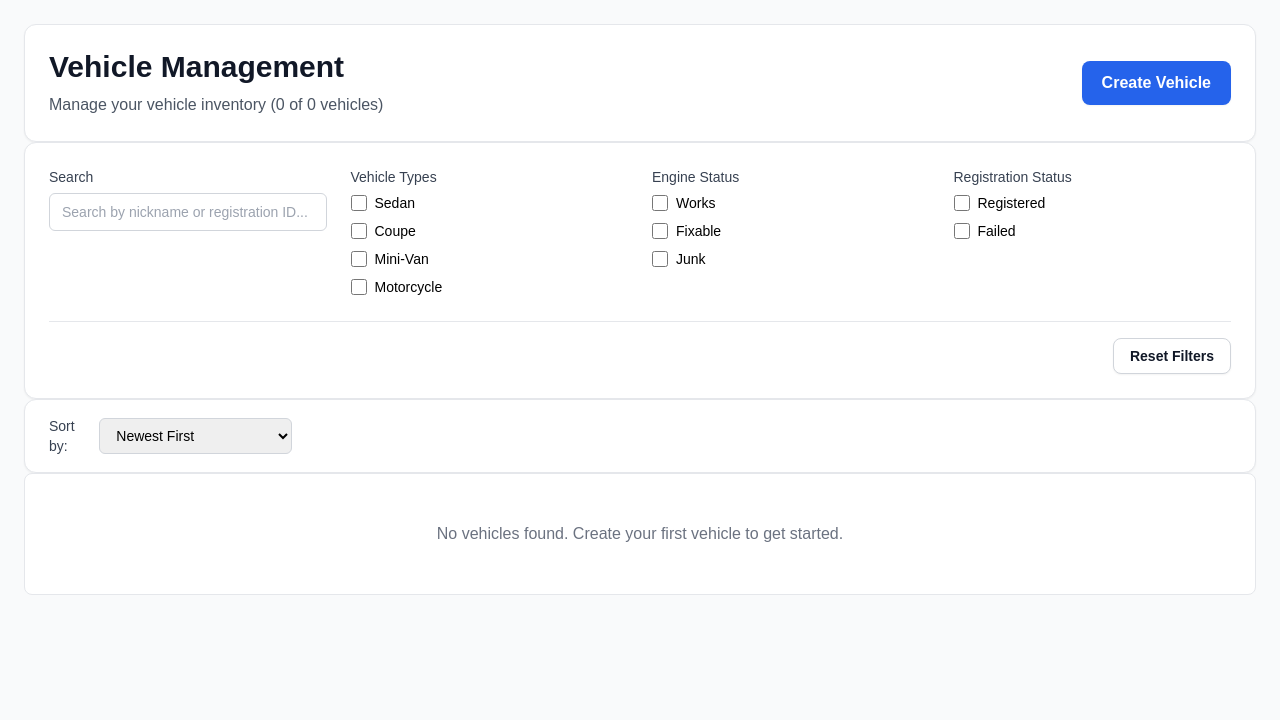
Repository: atomek88/vehicle-store
Page: /vehicles
These files come from the project's save history. The page is drawn as it stood at one moment and after a run of saves; the edit follows.
The browser window is 1280 px wide. The pictures show the whole page.
The project was rebuilt for these pictures with package versions that can differ from the ones it lists, and the page was loaded fresh each time. The framework's server and built-in components were replaced by stand-ins that run in the browser. Also part of the build but not shown: next.config.ts, src/components/ui/Badge.tsx, src/components/vehicle/SedanFields.tsx, src/components/vehicle/CoupeFields.tsx, src/components/vehicle/MiniVanFields.tsx, src/components/vehicle/MotorcycleFields.tsx, src/components/vehicle/VehicleForm.tsx, src/components/ui/ConfirmDialog.tsx.

Above is the page before, as saved 2026-01-21 00:35:38.

### app/layout.tsx
import type { Metadata } from "next";
import { Geist, Geist_Mono } from "next/font/google";
import "./globals.css";
import { ToastProvider } from "@/hooks/use-toast";
import { VehicleProvider } from "@/hooks/use-vehicles";
import { ToastContainer } from "@/components/ui/Toast";

const geistSans = Geist({
  variable: "--font-geist-sans",
  subsets: ["latin"],
});

const geistMono = Geist_Mono({
  variable: "--font-geist-mono",
  subsets: ["latin"],
});

export const metadata: Metadata = {
  title: "Vehicle Management System",
  description: "Manage your vehicle inventory",
};

export default function RootLayout({
  children,
}: Readonly<{
  children: React.ReactNode;
}>) {
  return (
    <html lang="en">
      <body
        className={`${geistSans.variable} ${geistMono.variable} antialiased`}
        suppressHydrationWarning
      >
        <VehicleProvider>
          <ToastProvider>
            {children}
            <ToastContainer />
          </ToastProvider>
        </VehicleProvider>
      </body>
    </html>
  );
}

### app/globals.css
@tailwind base;
@tailwind components;
@tailwind utilities;

@layer base {
  :root {
    --background: 0 0% 100%;
    --foreground: 222.2 84% 4.9%;
  }

  body {
    background: #f9fafb;
    color: var(--foreground);
    font-family: Arial, Helvetica, sans-serif;
    min-height: 100vh;
  }

  /* Enhanced focus indicators for accessibility */
  *:focus-visible {
    outline: 3px solid #3b82f6;
    outline-offset: 2px;
    border-radius: 4px;
  }

  /* Ensure buttons and links have visible focus */
  button:focus-visible,
  a:focus-visible,
  input:focus-visible,
  select:focus-visible,
  textarea:focus-visible {
    outline: 3px solid #3b82f6;
    outline-offset: 2px;
  }
}

@layer components {
  /* Enhanced card styling */
  .card {
    @apply rounded-xl border border-gray-200 bg-white shadow-sm transition-shadow hover:shadow-md;
  }

  /* Enhanced button styling */
  .btn-primary {
    @apply rounded-lg px-6 py-3 font-semibold shadow-sm transition-all hover:shadow-md;
  }

  /* Better spacing utilities */
  .section-spacing {
    @apply space-y-6;
  }
}

### src/hooks/use-toast.tsx
'use client';

import { createContext, useContext, useState, useCallback } from 'react';

// ═══════════════════════════════════════════════════════════════════════════
// TYPES
// ═══════════════════════════════════════════════════════════════════════════

export type ToastType = 'success' | 'error' | 'info' | 'warning';

export interface Toast {
  id: string;
  type: ToastType;
  message: string;
  duration?: number;
}

interface ToastContextValue {
  toasts: Toast[];
  showToast: (type: ToastType, message: string, duration?: number) => void;
  dismissToast: (id: string) => void;
}

// ═══════════════════════════════════════════════════════════════════════════
// CONTEXT
// ═══════════════════════════════════════════════════════════════════════════

const ToastContext = createContext<ToastContextValue | null>(null);

// ═══════════════════════════════════════════════════════════════════════════
// PROVIDER
// ═══════════════════════════════════════════════════════════════════════════

export function ToastProvider({ children }: { children: React.ReactNode }) {
  const [toasts, setToasts] = useState<Toast[]>([]);

  const showToast = useCallback((type: ToastType, message: string, duration = 5000) => {
    const id = Math.random().toString(36).substring(2, 11);
    const toast: Toast = { id, type, message, duration };

    setToasts((prev) => [...prev, toast]);

    // Auto-dismiss after duration
    if (duration > 0) {
      setTimeout(() => {
        dismissToast(id);
      }, duration);
    }
  }, []);

  const dismissToast = useCallback((id: string) => {
    setToasts((prev) => prev.filter((toast) => toast.id !== id));
  }, []);

  const value: ToastContextValue = {
    toasts,
    showToast,
    dismissToast,
  };

  return <ToastContext.Provider value={value}>{children}</ToastContext.Provider>;
}

// ═══════════════════════════════════════════════════════════════════════════
// HOOK
// ═══════════════════════════════════════════════════════════════════════════

export function useToast() {
  const context = useContext(ToastContext);

  if (!context) {
    throw new Error('useToast must be used within a ToastProvider');
  }

  return context;
}

### src/components/ui/Toast.tsx
'use client';

import { useEffect } from 'react';
import { clsx } from 'clsx';
import { useToast, Toast as ToastType } from '@/hooks/use-toast';

export function ToastContainer() {
  const { toasts } = useToast();

  return (
    <div className="pointer-events-none fixed bottom-0 right-0 z-50 flex max-h-screen w-full flex-col-reverse gap-2 p-4 sm:max-w-md">
      {toasts.map((toast) => (
        <ToastItem key={toast.id} toast={toast} />
      ))}
    </div>
  );
}

function ToastItem({ toast }: { toast: ToastType }) {
  const { dismissToast } = useToast();

  useEffect(() => {
    if (toast.duration && toast.duration > 0) {
      const timer = setTimeout(() => {
        dismissToast(toast.id);
      }, toast.duration);

      return () => clearTimeout(timer);
    }
    return undefined;
  }, [toast.id, toast.duration, dismissToast]);

  return (
    <div
      role="alert"
      aria-live="assertive"
      aria-atomic="true"
      className={clsx(
        'pointer-events-auto relative flex w-full items-center justify-between gap-3 overflow-hidden rounded-lg border p-4 shadow-lg transition-all',
        {
          'border-green-200 bg-green-50': toast.type === 'success',
          'border-red-200 bg-red-50': toast.type === 'error',
          'border-yellow-200 bg-yellow-50': toast.type === 'warning',
          'border-blue-200 bg-blue-50': toast.type === 'info',
        }
      )}
    >
      <div className="flex-1">
        <p
          className={clsx('text-sm font-medium', {
            'text-green-900': toast.type === 'success',
            'text-red-900': toast.type === 'error',
            'text-yellow-900': toast.type === 'warning',
            'text-blue-900': toast.type === 'info',
          })}
        >
          {toast.message}
        </p>
      </div>
      <button
        onClick={() => dismissToast(toast.id)}
        className={clsx(
          'rounded-md p-1 transition-colors hover:bg-black/5',
          {
            'text-green-700': toast.type === 'success',
            'text-red-700': toast.type === 'error',
            'text-yellow-700': toast.type === 'warning',
            'text-blue-700': toast.type === 'info',
          }
        )}
        aria-label="Dismiss"
      >
        <svg
          xmlns="http://www.w3.org/2000/svg"
          width="16"
          height="16"
          viewBox="0 0 24 24"
          fill="none"
          stroke="currentColor"
          strokeWidth="2"
          strokeLinecap="round"
          strokeLinejoin="round"
        >
          <line x1="18" y1="6" x2="6" y2="18" />
          <line x1="6" y1="6" x2="18" y2="18" />
        </svg>
      </button>
    </div>
  );
}

### src/components/ui/Button.tsx
import { ButtonHTMLAttributes, forwardRef } from 'react';
import { clsx } from 'clsx';

export interface ButtonProps extends ButtonHTMLAttributes<HTMLButtonElement> {
  variant?: 'primary' | 'secondary' | 'danger' | 'ghost';
  size?: 'sm' | 'md' | 'lg';
}

export const Button = forwardRef<HTMLButtonElement, ButtonProps>(
  ({ className, variant = 'primary', size = 'md', disabled, ...props }, ref) => {
    return (
      <button
        ref={ref}
        disabled={disabled}
        className={clsx(
          'inline-flex items-center justify-center rounded-lg font-semibold transition-all focus-visible:outline-none focus-visible:ring-2 focus-visible:ring-offset-2 disabled:pointer-events-none disabled:opacity-50',
          {
            'bg-blue-600 text-white shadow-sm hover:bg-blue-700 hover:shadow-md focus-visible:ring-blue-600':
              variant === 'primary',
            'border border-gray-300 bg-white text-gray-900 shadow-sm hover:bg-gray-50 hover:shadow-md focus-visible:ring-gray-500':
              variant === 'secondary',
            'bg-red-600 text-white shadow-sm hover:bg-red-700 hover:shadow-md focus-visible:ring-red-600':
              variant === 'danger',
            'bg-transparent text-gray-700 hover:bg-gray-100 focus-visible:ring-gray-500':
              variant === 'ghost',
          },
          {
            'h-11 px-5 py-2.5 text-base': size === 'md',
            'h-9 px-4 py-2 text-sm': size === 'sm',
            'h-12 px-8 py-3 text-lg': size === 'lg',
          },
          className
        )}
        {...props}
      />
    );
  }
);

Button.displayName = 'Button';

### src/components/ui/Select.tsx
import { SelectHTMLAttributes, forwardRef } from 'react';
import { clsx } from 'clsx';

export interface SelectOption {
  value: string;
  label: string;
}

export interface SelectProps extends SelectHTMLAttributes<HTMLSelectElement> {
  label?: string;
  error?: string | undefined;
  helperText?: string;
  options: SelectOption[];
  placeholder?: string;
}

export const Select = forwardRef<HTMLSelectElement, SelectProps>(
  ({ className, label, error, helperText, id, options, placeholder, ...props }, ref) => {
    const selectId = id || label?.toLowerCase().replace(/\s+/g, '-');

    return (
      <div className="w-full">
        {label && (
          <label
            htmlFor={selectId}
            className="mb-1.5 block text-sm font-medium text-gray-700"
          >
            {label}
          </label>
        )}
        <select
          ref={ref}
          id={selectId}
          className={clsx(
            'w-full rounded-md border px-3 py-2 text-sm transition-colors',
            'focus:outline-none focus:ring-2 focus:ring-offset-1',
            'disabled:cursor-not-allowed disabled:opacity-50',
            error
              ? 'border-red-500 focus:border-red-500 focus:ring-red-500'
              : 'border-gray-300 focus:border-blue-500 focus:ring-blue-500',
            className
          )}
          aria-invalid={error ? 'true' : 'false'}
          aria-describedby={error ? `${selectId}-error` : helperText ? `${selectId}-helper` : undefined}
          {...props}
        >
          {placeholder && (
            <option value="" disabled>
              {placeholder}
            </option>
          )}
          {options.map((option) => (
            <option key={option.value} value={option.value}>
              {option.label}
            </option>
          ))}
        </select>
        {error && (
          <p id={`${selectId}-error`} className="mt-1.5 text-sm text-red-600">
            {error}
          </p>
        )}
        {helperText && !error && (
          <p id={`${selectId}-helper`} className="mt-1.5 text-sm text-gray-500">
            {helperText}
          </p>
        )}
      </div>
    );
  }
);

Select.displayName = 'Select';

### src/lib/storage.ts
import { Vehicle } from '@/types';
import { StorageSchemaV1, VehiclePersistedSchema } from '@/validations/schemas';
import { Result, DomainError } from '@/types';

const STORAGE_KEY = 'junkyard-tracker-v1';

// ═══════════════════════════════════════════════════════════════════════════
// STORAGE REPOSITORY
// ═══════════════════════════════════════════════════════════════════════════

export interface StorageRepository {
  save(vehicles: Vehicle[]): Result<void, DomainError>;
  load(): Result<Vehicle[], DomainError>;
  clear(): void;
}

/**
 * LocalStorage-based repository for vehicle data persistence.
 * Handles serialization, validation, and error recovery.
 */
export function createStorageRepository(): StorageRepository {
  return {
    save(vehicles: Vehicle[]): Result<void, DomainError> {
      try {
        // Validate all vehicles before saving
        const validationResults = vehicles.map((v) =>
          VehiclePersistedSchema.safeParse(v)
        );

        const firstError = validationResults.find((r) => !r.success);
        if (firstError && !firstError.success) {
          return {
            ok: false,
            error: {
              code: 'VALIDATION_ERROR',
              message: 'Invalid vehicle data cannot be saved',
              fieldErrors: firstError.error.flatten().fieldErrors as Record<string, string>,
            },
          };
        }

        const data = {
          version: 1 as const,
          vehicles,
        };

        const serialized = JSON.stringify(data);
        localStorage.setItem(STORAGE_KEY, serialized);

        return { ok: true, value: undefined };
      } catch (error) {
        return {
          ok: false,
          error: {
            code: 'STORAGE_ERROR',
            message: error instanceof Error ? error.message : 'Failed to save data',
          },
        };
      }
    },

    load(): Result<Vehicle[], DomainError> {
      try {
        const raw = localStorage.getItem(STORAGE_KEY);

        // No data stored yet - return empty array
        if (!raw) {
          return { ok: true, value: [] };
        }

        // Parse JSON
        let parsed: unknown;
        try {
          parsed = JSON.parse(raw);
        } catch {
          // Corrupted JSON - clear storage and return empty
          localStorage.removeItem(STORAGE_KEY);
          return { ok: true, value: [] };
        }

        // Validate against schema
        const result = StorageSchemaV1.safeParse(parsed);

        if (!result.success) {
          // Invalid schema - clear storage and return empty
          localStorage.removeItem(STORAGE_KEY);
          return { ok: true, value: [] };
        }

        return { ok: true, value: result.data.vehicles };
      } catch (error) {
        return {
          ok: false,
          error: {
            code: 'STORAGE_ERROR',
            message: error instanceof Error ? error.message : 'Failed to load data',
          },
        };
      }
    },

    clear(): void {
      localStorage.removeItem(STORAGE_KEY);
    },
  };
}

/**
 * Singleton instance for the storage repository.
 * Use this in production code.
 */
export const storageRepository = createStorageRepository();

### src/components/ui/Input.tsx
import { InputHTMLAttributes, forwardRef } from 'react';
import { clsx } from 'clsx';

export interface InputProps extends InputHTMLAttributes<HTMLInputElement> {
  label?: string;
  error?: string | undefined;
  helperText?: string;
}

export const Input = forwardRef<HTMLInputElement, InputProps>(
  ({ className, label, error, helperText, id, ...props }, ref) => {
    const inputId = id || label?.toLowerCase().replace(/\s+/g, '-');

    return (
      <div className="w-full">
        {label && (
          <label
            htmlFor={inputId}
            className="mb-1.5 block text-sm font-medium text-gray-700"
          >
            {label}
          </label>
        )}
        <input
          ref={ref}
          id={inputId}
          className={clsx(
            'w-full rounded-md border px-3 py-2 text-sm transition-colors',
            'placeholder:text-gray-400',
            'focus:outline-none focus:ring-2 focus:ring-offset-1',
            'disabled:cursor-not-allowed disabled:opacity-50',
            error
              ? 'border-red-500 focus:border-red-500 focus:ring-red-500'
              : 'border-gray-300 focus:border-blue-500 focus:ring-blue-500',
            className
          )}
          aria-invalid={error ? 'true' : 'false'}
          aria-describedby={error ? `${inputId}-error` : helperText ? `${inputId}-helper` : undefined}
          {...props}
        />
        {error && (
          <p id={`${inputId}-error`} className="mt-1.5 text-sm text-red-600">
            {error}
          </p>
        )}
        {helperText && !error && (
          <p id={`${inputId}-helper`} className="mt-1.5 text-sm text-gray-500">
            {helperText}
          </p>
        )}
      </div>
    );
  }
);

Input.displayName = 'Input';

### src/lib/registration.ts
import { VehicleType, Registration } from '@/types';

// ═══════════════════════════════════════════════════════════════════════════
// REGISTRATION BUSINESS RULES
// ═══════════════════════════════════════════════════════════════════════════

/**
 * Business rules for vehicle registration:
 * - All vehicles register successfully when created
 * - Registration is immutable after creation
 */

interface RegistrationInput {
  type: VehicleType;
}

/**
 * Registers a vehicle and generates a unique registration ID.
 * Always returns a successful registration.
 */
export function attemptRegistration(input: RegistrationInput): Registration {
  const { type } = input;

  return {
    status: 'registered',
    registrationId: generateRegistrationId(type),
  };
}

/**
 * Generates a registration ID in the format: TYPE-XXXXX
 * where TYPE is the uppercase vehicle type and XXXXX is a random alphanumeric string.
 */
function generateRegistrationId(type: VehicleType): string {
  const prefix = type.toUpperCase().replace('-', '');
  const suffix = Math.random().toString(36).substring(2, 7).toUpperCase();
  return `${prefix}-${suffix}`;
}

/**
 * Checks if a registration represents a successful registration.
 */
export function isRegistered(registration: Registration): registration is { status: 'registered'; registrationId: string } {
  return registration.status === 'registered';
}

/**
 * Checks if a registration represents a failed registration.
 */
export function isFailed(registration: Registration): registration is { status: 'failed'; registrationError: string } {
  return registration.status === 'failed';
}

### src/lib/defaults.ts
import { VehicleType, EngineStatus, SeatStatus } from '@/types';

// ═══════════════════════════════════════════════════════════════════════════
// DEFAULT VALUES FOR VEHICLE FIELDS
// ═══════════════════════════════════════════════════════════════════════════

/**
 * Default engine status for all vehicles
 */
export const DEFAULT_ENGINE_STATUS: EngineStatus = 'works';

/**
 * Default seat status for motorcycles
 */
export const DEFAULT_SEAT_STATUS: SeatStatus = 'works';

/**
 * Default number of wheels based on vehicle type
 */
export function getDefaultWheels(type: VehicleType): 0 | 1 | 2 | 3 | 4 {
  switch (type) {
    case 'sedan':
    case 'coupe':
    case 'mini-van':
      return 4;
    case 'motorcycle':
      return 2;
    default:
      // Exhaustiveness check - TypeScript will error if we miss a case
      const _exhaustive: never = type;
      return _exhaustive;
  }
}

/**
 * Default number of doors based on vehicle type
 */
export function getDefaultDoors(type: VehicleType): 0 | 1 | 2 | 3 | 4 {
  switch (type) {
    case 'sedan':
    case 'mini-van':
      return 4;
    case 'coupe':
      return 2;
    case 'motorcycle':
      // Motorcycles don't have doors field, but TypeScript requires all cases
      return 0;
    default:
      const _exhaustive: never = type;
      return _exhaustive;
  }
}

/**
 * Default door configuration for mini-vans
 * Returns an array of door configs matching the number of doors
 */
export function getDefaultDoorConfig(doors: number): Array<{ sliding: boolean }> {
  return Array.from({ length: doors }, (_, index) => ({
    // First two doors are regular, rest are sliding
    sliding: index >= 2,
  }));
}

### src/components/layout/Header.tsx
'use client';

import Link from 'next/link';

export function Header() {
  return (
    <header className="sticky top-0 z-40 border-b border-gray-200 bg-white shadow-sm">
      <div className="mx-auto max-w-7xl px-6 py-4 md:px-8 lg:px-12">
        <div className="flex items-center justify-between">
          <Link href="/vehicles" className="flex items-center gap-3 transition-opacity hover:opacity-80">
            <div className="flex h-10 w-10 items-center justify-center rounded-lg bg-blue-600 text-white shadow-md">
              <svg
                className="h-6 w-6"
                fill="none"
                stroke="currentColor"
                viewBox="0 0 24 24"
                xmlns="http://www.w3.org/2000/svg"
              >
                <path
                  strokeLinecap="round"
                  strokeLinejoin="round"
                  strokeWidth={2}
                  d="M19 21V5a2 2 0 00-2-2H7a2 2 0 00-2 2v16m14 0h2m-2 0h-5m-9 0H3m2 0h5M9 7h1m-1 4h1m4-4h1m-1 4h1m-5 10v-5a1 1 0 011-1h2a1 1 0 011 1v5m-4 0h4"
                />
              </svg>
            </div>
            <div>
              <h1 className="text-xl font-bold text-gray-900 md:text-2xl">Junkyard Tracker</h1>
              <p className="text-xs text-gray-500">Vehicle Management System</p>
            </div>
          </Link>

          <nav className="flex items-center gap-6">
            <Link
              href="/vehicles"
              className="text-sm font-medium text-gray-700 transition-colors hover:text-blue-600"
            >
              Vehicles
            </Link>
            <Link
              href="/registration-log"
              className="text-sm font-medium text-gray-700 transition-colors hover:text-blue-600"
            >
              Registration Log
            </Link>
          </nav>
        </div>
      </div>
    </header>
  );
}

Loaded but not shown: tailwind.config.ts (common file); src/hooks/use-vehicles.tsx (307 lines, source omitted); src/lib/vehicle-service.ts (273 lines, source omitted); app/vehicles/page.tsx (207 lines, source omitted); src/validations/schemas.ts (199 lines, source omitted); src/components/vehicle/FiltersBar.tsx (115 lines, source omitted); src/components/vehicle/VehicleTable.tsx (113 lines, source omitted)

After the next 2 saves:
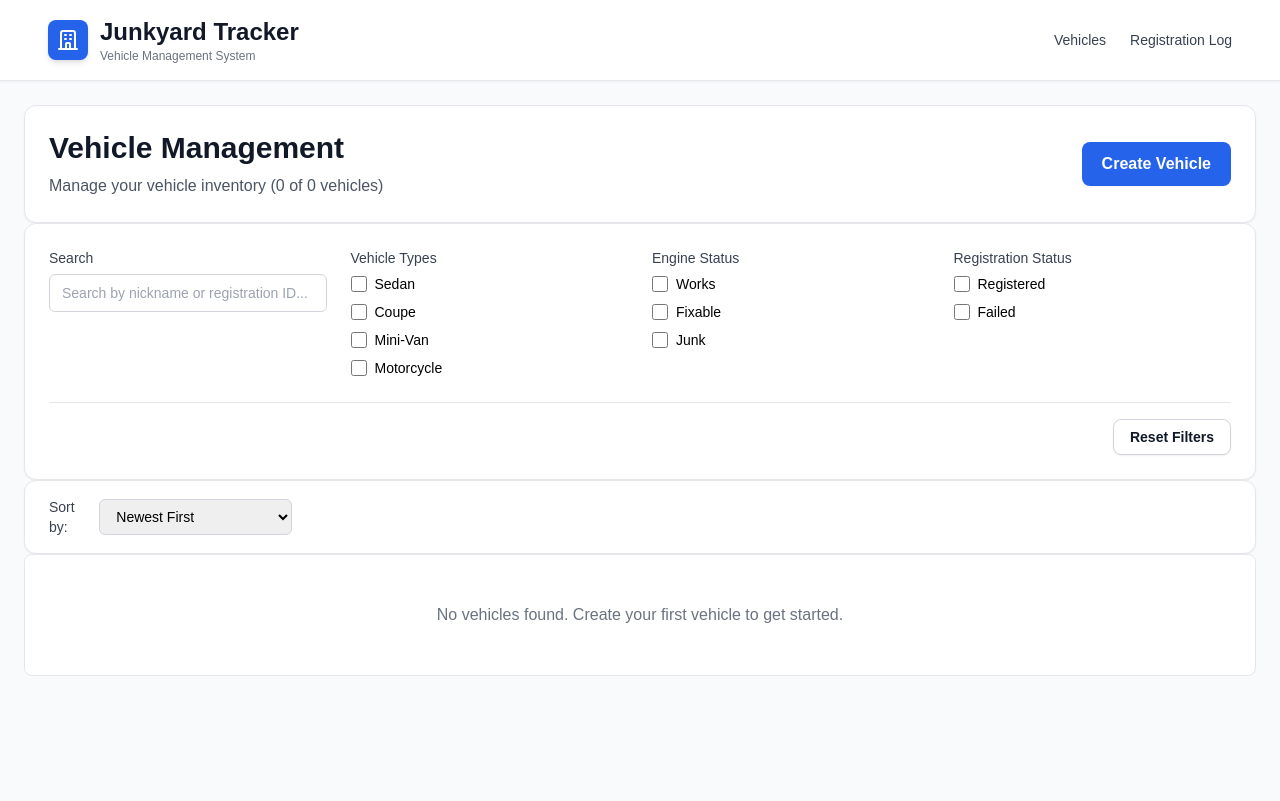
The 2 saves are shown as one change because they came seconds apart.
The last was saved 7 s later.
--- a/app/layout.tsx
+++ b/app/layout.tsx
@@ -4,6 +4,7 @@ import "./globals.css";
 import { ToastProvider } from "@/hooks/use-toast";
 import { VehicleProvider } from "@/hooks/use-vehicles";
 import { ToastContainer } from "@/components/ui/Toast";
+import { Header } from "@/components/layout/Header";
 
 const geistSans = Geist({
   variable: "--font-geist-sans",
@@ -33,6 +34,7 @@ export default function RootLayout({
       >
         <VehicleProvider>
           <ToastProvider>
+            <Header />
             {children}
             <ToastContainer />
           </ToastProvider>
